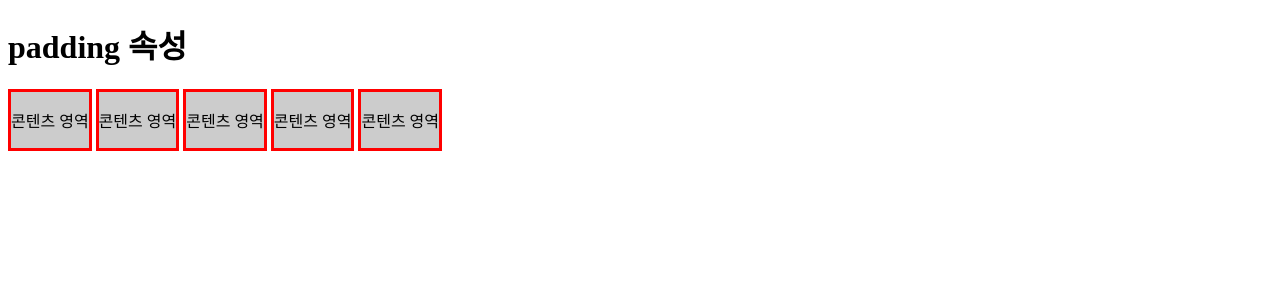
Repository: cussip/SuperHands
Page: WebExam/src/main/webapp/css/box_model/padding.html
An editor plug-in stored every save of this project. The page is shown before and after the next save, followed by the edit.
The browser window is 1280 px wide. The pictures show the whole page.

Above is the page before, as saved 2022-01-31 04:26:24.

After the next save:
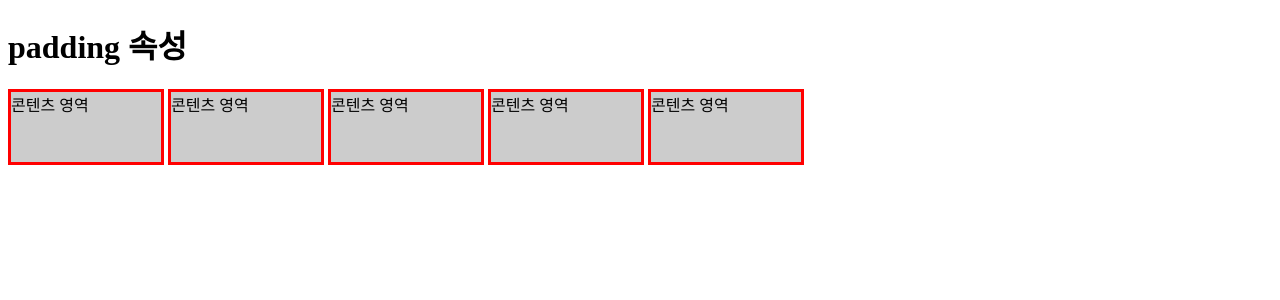
Saved 62 s later.
--- a/WebExam/src/main/webapp/css/box_model/padding.html
+++ b/WebExam/src/main/webapp/css/box_model/padding.html
@@ -8,6 +8,11 @@
 			display: inline-block;
 			background: #CCC;
 			border: #F00 solid 3px;
+		}
+		p {
+			margin: 0px;
+			width: 150px;
+			height: 70px;
 		}
 	</style>
 </head>
